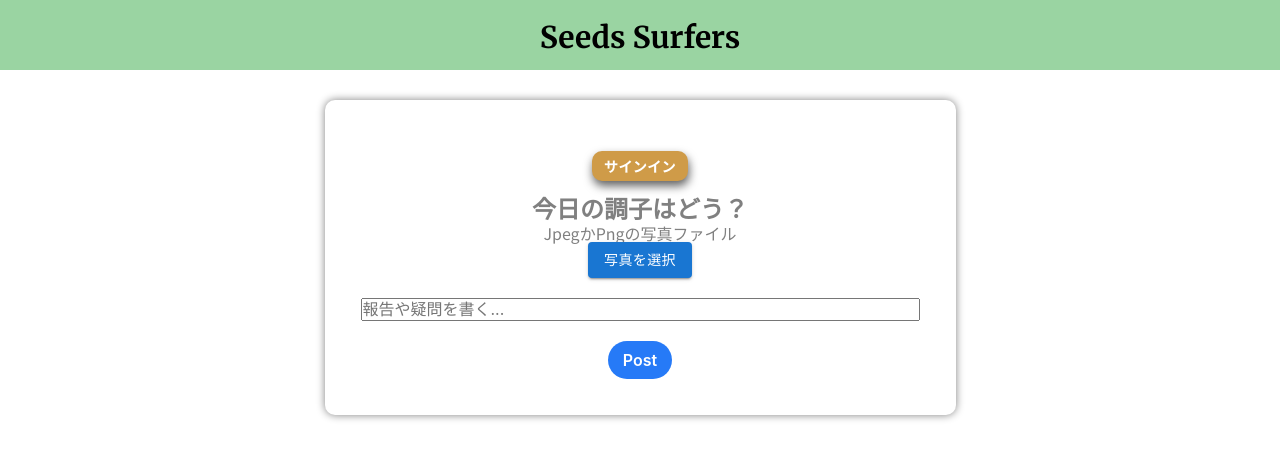
Repository: Seiya00002/seeds_surfers_react_sns
Page: /
These files come from the project's save history. The page is drawn as it stood at one moment and after the next save; the edit follows.
The browser window is 1280 px wide. The pictures show the whole page.
The page's requests for data from a server got no answer. The project was rebuilt for these pictures with package versions that can differ from the ones it lists, and the page was loaded fresh each time. No one was signed in, and anything a server would have sent is missing. Also part of the build but not shown: src/Components/Post.css, src/Components/Post.tsx, src/Components/Account.css, src/Components/Account.tsx.

Above is the page before, as saved 2023-08-24 16:44:38.

### public/index.html
<!DOCTYPE html>
<html lang="en">
  <head>
    <meta charset="utf-8" />
    <link rel="icon" href="%PUBLIC_URL%/favicon.ico" />
    <meta name="viewport" content="width=device-width, initial-scale=1" />
    <meta name="theme-color" content="#000000" />
    <meta
      name="description"
      content="Web site created using create-react-app"
    />
    <link rel="apple-touch-icon" href="%PUBLIC_URL%/logo192.png" />
    <!--
      manifest.json provides metadata used when your web app is installed on a
      user's mobile device or desktop. See https://developers.google.com/web/fundamentals/web-app-manifest/
    -->
    <link rel="manifest" href="%PUBLIC_URL%/manifest.json" />
    <!--
      Notice the use of %PUBLIC_URL% in the tags above.
      It will be replaced with the URL of the `public` folder during the build.
      Only files inside the `public` folder can be referenced from the HTML.

      Unlike "/favicon.ico" or "favicon.ico", "%PUBLIC_URL%/favicon.ico" will
      work correctly both with client-side routing and a non-root public URL.
      Learn how to configure a non-root public URL by running `npm run build`.
    -->
    <link rel="stylesheet" href="https://cdnjs.cloudflare.com/ajax/libs/normalize/8.0.1/normalize.min.css">
    <title>React App</title>
  </head>
  <body>
    <noscript>You need to enable JavaScript to run this app.</noscript>
    <div id="root"></div>
    <!--
      This HTML file is a template.
      If you open it directly in the browser, you will see an empty page.

      You can add webfonts, meta tags, or analytics to this file.
      The build step will place the bundled scripts into the <body> tag.

      To begin the development, run `npm start` or `yarn start`.
      To create a production bundle, use `npm run build` or `yarn build`.
    -->
  </body>
</html>

### src/index.tsx
import React from 'react';
import { BrowserRouter, Routes, Route } from "react-router-dom";
import ReactDOM from 'react-dom/client';
import './index.css';
import reportWebVitals from './reportWebVitals';
import App from './App';
import Account from './Components/Account';

const root = ReactDOM.createRoot(
  document.getElementById('root') as HTMLElement
);
root.render(
  <React.StrictMode>
    <BrowserRouter>
      <Routes>
        <Route path='/' element={<App />} />
        <Route path='/account' element={<Account />} />
      </Routes>
    </BrowserRouter>
  </React.StrictMode>
);

reportWebVitals();

### src/index.css
* {
  box-sizing: border-box;
  margin: 0;
  padding: 0;
}

body {
  font-family: -apple-system, BlinkMacSystemFont, 'Segoe UI', 'Roboto', 'Oxygen',
    'Ubuntu', 'Cantarell', 'Fira Sans', 'Droid Sans', 'Helvetica Neue',
    sans-serif;
  -webkit-font-smoothing: antialiased;
  -moz-osx-font-smoothing: grayscale;

}

code {
  font-family: source-code-pro, Menlo, Monaco, Consolas, 'Courier New',
    monospace;
}

### src/App.tsx
import React from 'react';
import './App.css';
import { db, storage } from './firebase';
import { useEffect, useState, useRef } from "react";
import { collection, query, orderBy, getDocs, QuerySnapshot } from "firebase/firestore";
import { doc, onSnapshot } from 'firebase/firestore';
import { AuthProvider } from './AuthContext';
import Header from './Header';
import Post from './Components/Post';
import PostUploader from './Components/PostUploader';

function App() {
  const [posts, setPosts] = useState<any>([]);

  useEffect(() => {
    const q = query(collection(db, 'posts'), orderBy('timestamp', 'desc'));
    // リアルタイム表示
    const unsubscribe = onSnapshot(q, (querySnapshot) => {
      const postsData = querySnapshot.docs.map((doc) => {
        return { id: doc.id, ...doc.data() };
      });
      setPosts(postsData);
    });

    return () => {
      // コンポーネントがアンマウントされる際にunsubscribeを行う
      unsubscribe();
    };
  }, []);

  console.log("Posts in App:", posts);

  return(
    <AuthProvider>
      <div className="App">
        <Header />
        <PostUploader setPosts={setPosts} />
        {posts.map((post:any) => (
          <Post key={post.timestamp} post={post} />
        ))}
      </div>
    </AuthProvider>
  );
}

export default App;

### src/App.css
@import url('https://fonts.googleapis.com/css2?family=Merriweather:wght@400;700&family=Noto+Sans+JP:wght@100;200;300;400;500;600;700&display=swap');

p {
  font-family: 'Noto Sans JP', sans-serif;
}

.App {
  text-align: center;
  display: flex;
  justify-content: center;
  align-items: center;
  width: 100%;
  flex-flow: column;
}

### src/firebase.tsx
import { initializeApp } from "firebase/app";
import { getFirestore } from "firebase/firestore";
import { getStorage } from "firebase/storage";
import { getAuth } from "firebase/auth";
import { GoogleAuthProvider } from "firebase/auth";


const firebaseConfig = {
  apiKey: "AIzaSyDRiOj3JAcuLe6c_Ms2hhsjBCCb8lLwSGU",
  authDomain: "seeds-surfers-react-sns.firebaseapp.com",
  projectId: "seeds-surfers-react-sns",
  storageBucket: "seeds-surfers-react-sns.appspot.com",
  messagingSenderId: "1087322797942",
  appId: "1:1087322797942:web:be61f4173bd538ec6e2c57"
};

const app = initializeApp(firebaseConfig);

export const storage = getStorage(app);
export const db = getFirestore(app);
export const auth = getAuth();
export const provider = new GoogleAuthProvider();

### src/AuthContext.tsx
import { useEffect } from "react";
import { auth } from "./firebase";
import { User } from "firebase/auth";
import { useAuthState } from "react-firebase-hooks/auth";
import { createContext, useState, Dispatch, SetStateAction  } from 'react';

type AuthContextType = {
    user: User | null;
    setUser: Dispatch<SetStateAction<User | null>>;
    signOut: () => Promise<void>;
};

export const AuthContext = createContext<AuthContextType>({
    user: null,
    setUser: () => {},
    signOut: async () => {}
});


export const AuthProvider = ({ children }: { children: React.ReactNode }) => {
    const [user, setUser] = useState<User | null>(() => {
        // リロード時ローカルストレージに状態一時保存
        const storedUser = localStorage.getItem('user');
        return storedUser ? JSON.parse(storedUser) : null;
    });

    useEffect(() => {
        if(user) {
            localStorage.setItem('user', JSON.stringify(user));
        } else {
            localStorage.removeItem('user');
        }
    }, [user]);

    const signOut = async () => {
        await auth.signOut();
        setUser(null);
    }

    return(
        <AuthContext.Provider value={{ user, setUser, signOut }}>
            { children }
        </AuthContext.Provider>
    );
};

### src/Header.tsx
import React from "react";
import './Header.css';

function Header() {
    return(
        <div className="header">
            <h2>Seeds Surfers</h2>
            {/* <h3>Produced by cova.amigo</h3> */}
        </div>
    )
}

export default Header;

### src/Components/PostUploader.tsx
import React, { useState}  from "react";
import "./PostUploader.css";
import { Button } from '@mui/material';
import { db, storage } from "../firebase";
import { ref, uploadBytesResumable, getDownloadURL } from "firebase/storage";
import firebase from "firebase/app";
import "firebase/firestore";
import { addDoc, collection, serverTimestamp} from "firebase/firestore";
import Post from "./Post";
import Login from "./Login";

interface PostUploaderProps {
  setPosts: React.Dispatch<React.SetStateAction<any[]>>;
}

function PostUploader({ setPosts }: PostUploaderProps) {
  const [loading, setLoading] = useState<boolean>(false);
  const [isUpLoaded, setUploaded] = useState<boolean>(false);
  const [text, setText] = useState<string>("");
  const [fileUrl, setFileUrl] = useState<any>("");

  const OnFileUploadToFirebase = (e:any) => {
        const file = e.target.files[0];
        const storageRef = ref(storage, 'image/' + file.name);
        const uploadImage = uploadBytesResumable(storageRef, file);

        setLoading(true);

        uploadImage.then((snapshot) => {
          setLoading(false);
          setUploaded(true);
          return getDownloadURL(snapshot.ref);
        })
        .then((url) => {
          setFileUrl(url);
        })
        .catch((error: any) => {
          setLoading(false);
          console.error("画像のアップロードに失敗しました。:", error);
        });
  };

  const onTextUploadToFirebase = () => {
    addDoc(collection(db, "posts"), {
      text:text,
      imageUrl:fileUrl,
      timestamp: serverTimestamp(),
    })
    .then((docRef)=>{
      console.log("投稿が完了しました！");

      const newDocId = docRef.id;

      setText("");
      setFileUrl("");
      setUploaded(false);

      // Post コンポーネントに渡すデータに新しいドキュメントIDを追加
      setPosts((prevPosts) => [
        ...prevPosts,
        {
          text: text,
          imageUrl: fileUrl,
          timestamp: serverTimestamp(),
          id: newDocId,
        },
      ]);

      console.log("新しく追加されたドミュメントのID:", newDocId);
    })
    .catch((error: any) => {
      console.error("エラーが発生しました。:",error);
    });
  };


  return (
    <>
      {loading ?(
        <h2>画像アップロード中・・・</h2>
      ) : (
        <>
          {isUpLoaded ? (
            <>
              <div className="outerBox">
                <h2>画像アップロード完了しました！</h2>

                <form id="post">
                  <label>
                    <input
                      type="text"
                      placeholder="報告や疑問を書く..."
                      size={50}
                      maxLength={500}
                      value={text}
                      onChange={e => setText(e.target.value)}
                    />
                  </label>
                  </form>
                  <input
                    type="button"
                    form="post"
                    value="Post"
                    onClick={onTextUploadToFirebase}
                  />
              </div>
            </>
            ) : (
              <div className="outerBox">
                <div className="title">
                　<Login />
                  <h2>今日の調子はどう？</h2>
                  <p>JpegかPngの写真ファイル</p>
                </div>
                <Button variant="contained">
                  写真を選択
                  <input
                  className="imageUploadInput"
                  type="file"
                  accept=".png, .jpeg, .jpg"
                  onChange={OnFileUploadToFirebase}
                  />
                </Button>
                <form id="post">
                  <label>
                    <input
                      type="text"
                      placeholder="報告や疑問を書く..."
                      className="textPost"
                      size={50}
                      maxLength={500}
                      value={text}
                      onChange={e => setText(e.target.value)}
                    />
                  </label>
                  </form>
                  <input
                    type="button"
                    className="textUploadInput"
                    form="post"
                    value="Post"
                    onClick={onTextUploadToFirebase}
                  />
              </div>
            )
          }
        </>
      )}
    </>
  );
};

export default PostUploader;

### src/Header.css
@import url('https://fonts.googleapis.com/css2?family=Merriweather:wght@400;700&display=swap');

.header {
    height: 70px;
    background-color: rgba(30, 160, 47, 0.449);
    margin: 0;
    padding: 0;
    width: 100%;
}

.header h2 {
    display: flex;
    justify-content: center;
    text-align: center;
    padding: 20px;
    font-family: 'Merriweather', serif;
    font-weight: 700;
    font-size: 30px;
}

### src/Components/PostUploader.css
.outerBox {
    margin: 30px 0;
    display: flex;
    flex-direction: column;
    align-items: center;
    justify-content: center;
    text-align: center;
    border: none;
    padding: 36px;
    border-radius: 10px;
    box-shadow: 0px 0px 8px gray;
    color: gray;
  }

  .outerBox h2 {
    font-weight: 600;
    margin-top: 5px;
  }

  .imageUplodeBox {
    border: 2px dashed #2d6395;
    padding: 35px 60px;
    position: relative;
  }

  .imageLogoAndText p {
    margin-bottom: 0px;
  }

  .imageUploadInput {
    opacity: 0;
    position: absolute;
    top: 0;
    left: 0;
    width: 100%;
    height: 100%;
    cursor: pointer;
  }

  .textPost {
    margin: 20px 0;
  }

  .textUploadInput {
    border-radius: 50px;
    border: none;
    background-color: #267af7;
    color: white;
    padding: 10px 15px;
    cursor: pointer;
    font-weight: 600;
  }

### src/Components/Login.tsx
//Login.tsx
import { signInWithPopup, User } from "firebase/auth";
import React from 'react';
import { useAuthState } from 'react-firebase-hooks/auth';
import { auth, provider } from '../firebase';
import './Login.css';


function Login() {
    const [user] = useAuthState(auth);

    return (
        <div className="userInfo">
            {user ? (
                <>
                    <UserInfo user={user} />
                    <SignOutButton />
                </>
            ) : (
                <SignInButton />
            )}
        </div>
    );
}

export default Login;

function SignInButton() {
    const signInWithGoogle = () => {
        signInWithPopup(auth, provider);
    };

    return (
        <button
        className="signin-button"
        onClick={signInWithGoogle}>
            <p>サインイン</p>
        </button>
    );
}

function SignOutButton() {
    return (
        <button
        className="signout-button"
        onClick={() => auth.signOut()}>
            <p>サインアウト</p>
        </button>
    );
}

function UserInfo({ user }: {user: User}) {
    const { displayName, photoURL } = user;

    return (
        <div>
            {photoURL && (
                <img
                    src={photoURL}
                    alt="User Icon"
                    className="userIcon"
                />
            )}
        </div>
    );
}

### src/Components/Login.css
.userInfo {
    margin: 5px 20px;
    display: flex;
  }

  h1 {
    font-size: 3rem;
  }

.userIcon {
    border-radius: 50%;
    width: 50px;
    height: 50px;
  }

.signout-button {
    margin: 10px 10px;
    padding: 7px 12px;
    border: none;
    border-radius: 10px;
    box-shadow: 1px 5px 10px #626262;
    cursor: pointer;
    background-color: #cf9b48;
    color: white;
    font-weight: 300;
    font-size: 5px;
    width: 80pxpx;
    height: 30px;
  }

  .signin-button {
    margin: 10px auto;
    padding: 7px 12px;
    border: none;
    border-radius: 10px;
    box-shadow: 1px 5px 10px #626262;
    cursor: pointer;
    background-color: #cf9b48;
    color: white;
    font-weight: 300;
    font-size: 5px;
    width: 80pxpx;
    height: 30px;
  }

  .signout-button p {
    font-size: 0.9rem;
    font-weight: 600;
  }

  .signin-button p {
    font-size: 0.9rem;
    font-weight: 600;
  }

Loaded but not shown: src/reportWebVitals.ts (common file)

After the next save:
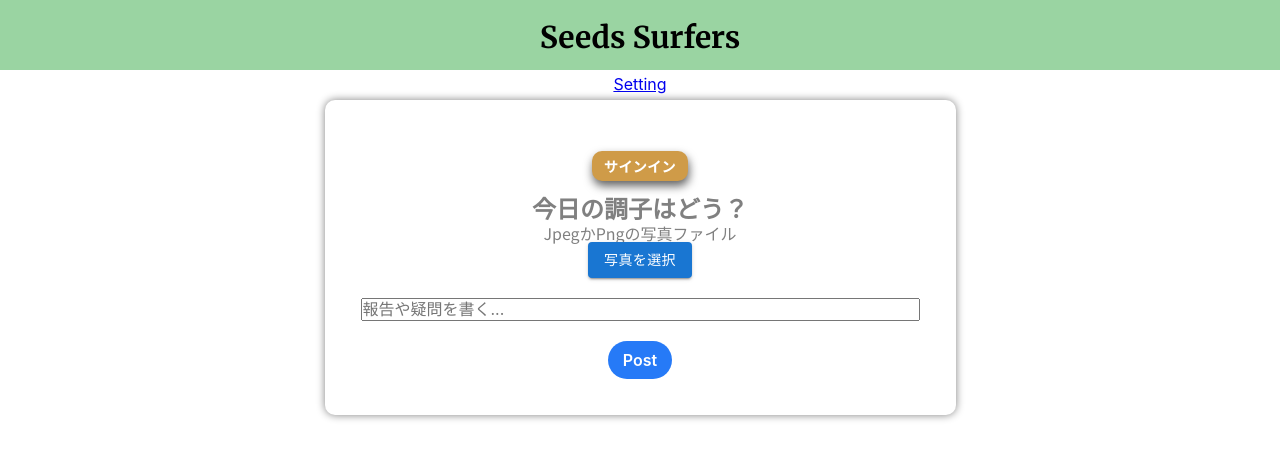
Saved 4 min 31 s later.
--- a/src/Header.tsx
+++ b/src/Header.tsx
@@ -6,6 +6,7 @@ function Header() {
         <div className="header">
             <h2>Seeds Surfers</h2>
             {/* <h3>Produced by cova.amigo</h3> */}
+            <a href="/account">Setting</a>
         </div>
     )
 }
